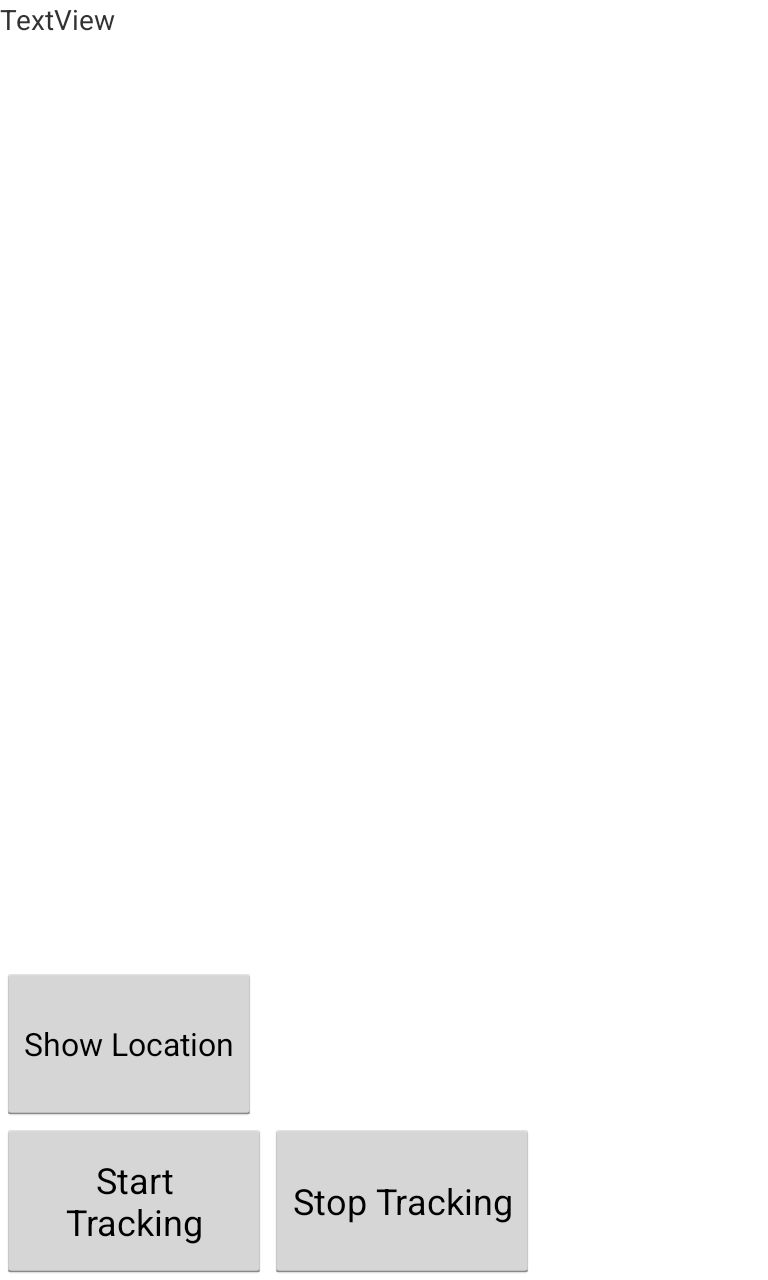
Repository: Jonieye/gps-story
Layout: Workspace/com.joni.android.first/res/layout/activity_main.xml
An editor plug-in stored every save of this project. The layout is shown before and after the next save, followed by the edit.
It is drawn on a 768 x 1280 px phone screen (xhdpi) without system bars, with theme AppTheme; the app's code is not run.

Above is the layout before, as saved 2014-10-18 11:56:53.

### Workspace/com.joni.android.first/res/layout/activity_main.xml
<TableLayout xmlns:android="http://schemas.android.com/apk/res/android"
    android:id="@+id/TableLayout1"
    android:layout_width="fill_parent"
    android:layout_height="fill_parent" >

    <TextView
        android:id="@+id/textView1"
        android:layout_width="wrap_content"
        android:layout_height="wrap_content"
        android:layout_weight="0.85"
        android:text="TextView" />

    <LinearLayout
        android:layout_width="wrap_content"
        android:layout_height="wrap_content"
        android:layout_gravity="bottom|center" >

        <Button
            android:id="@+id/showLocation"
            style="@style/AppTheme"
            android:layout_width="wrap_content"
            android:layout_height="78dp"
            android:text="Show Location" />
    </LinearLayout>

    <LinearLayout
        android:layout_width="wrap_content"
        android:layout_height="wrap_content"
        android:layout_gravity="bottom|center"
        android:orientation="vertical" >

        <LinearLayout
            android:layout_width="wrap_content"
            android:layout_height="wrap_content" >

            <Button
                android:id="@+id/startLocation"
                android:layout_width="134dp"
                android:layout_height="79dp"
                android:minWidth="50dip"
                android:text="Start Tracking" />

            <Button
                android:id="@+id/stopLocation"
                android:layout_width="wrap_content"
                android:layout_height="match_parent"
                android:text="Stop Tracking" />
        </LinearLayout>
    </LinearLayout>

</TableLayout>

Loaded but not shown: Workspace/com.joni.android.first/res/values/styles.xml (common file); Workspace/com.joni.android.first/res/values-v11/styles.xml (common file); Workspace/com.joni.android.first/res/values-v14/styles.xml (common file)

After the next save:
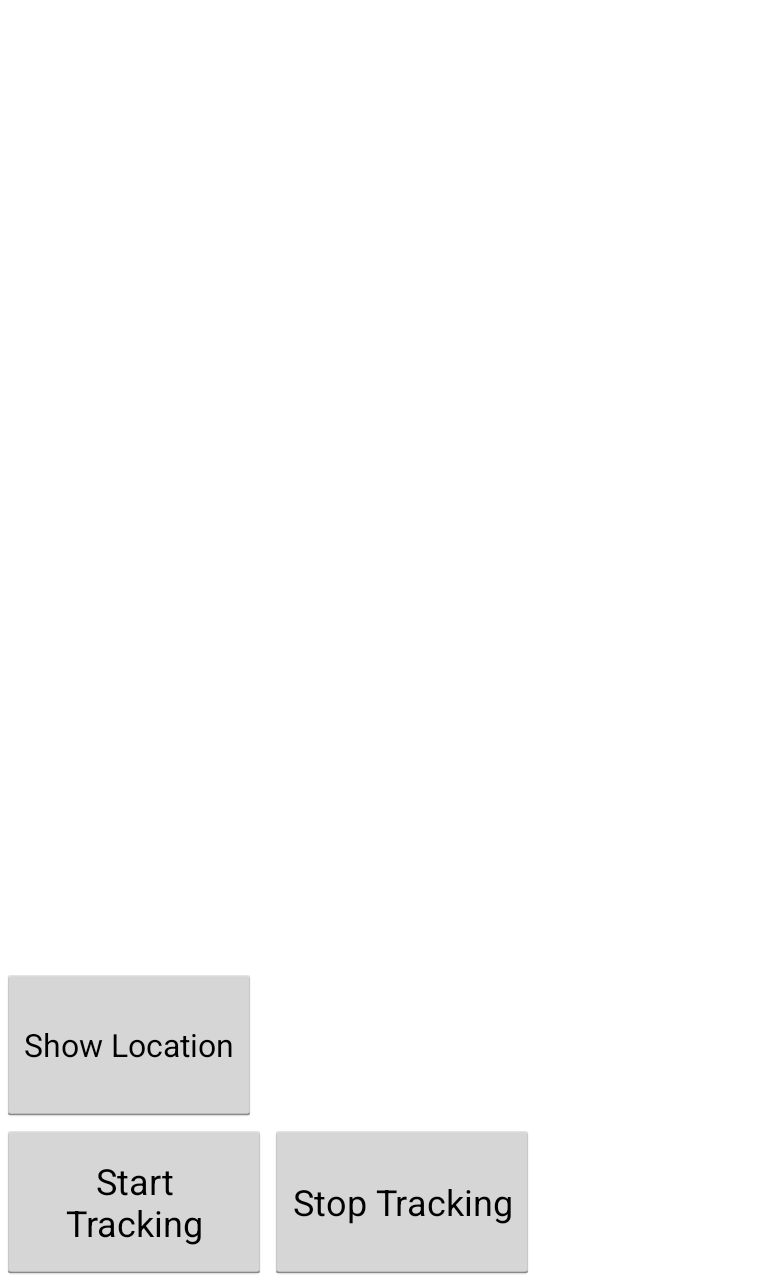
Saved 83 s later.
--- a/Workspace/com.joni.android.first/res/layout/activity_main.xml
+++ b/Workspace/com.joni.android.first/res/layout/activity_main.xml
@@ -5,10 +5,10 @@
 
     <TextView
         android:id="@+id/textView1"
-        android:layout_width="wrap_content"
-        android:layout_height="wrap_content"
+        android:layout_width="fill_parent"
+        android:layout_height="fill_parent"
         android:layout_weight="0.85"
-        android:text="TextView" />
+        android:text="" />
 
     <LinearLayout
         android:layout_width="wrap_content"
